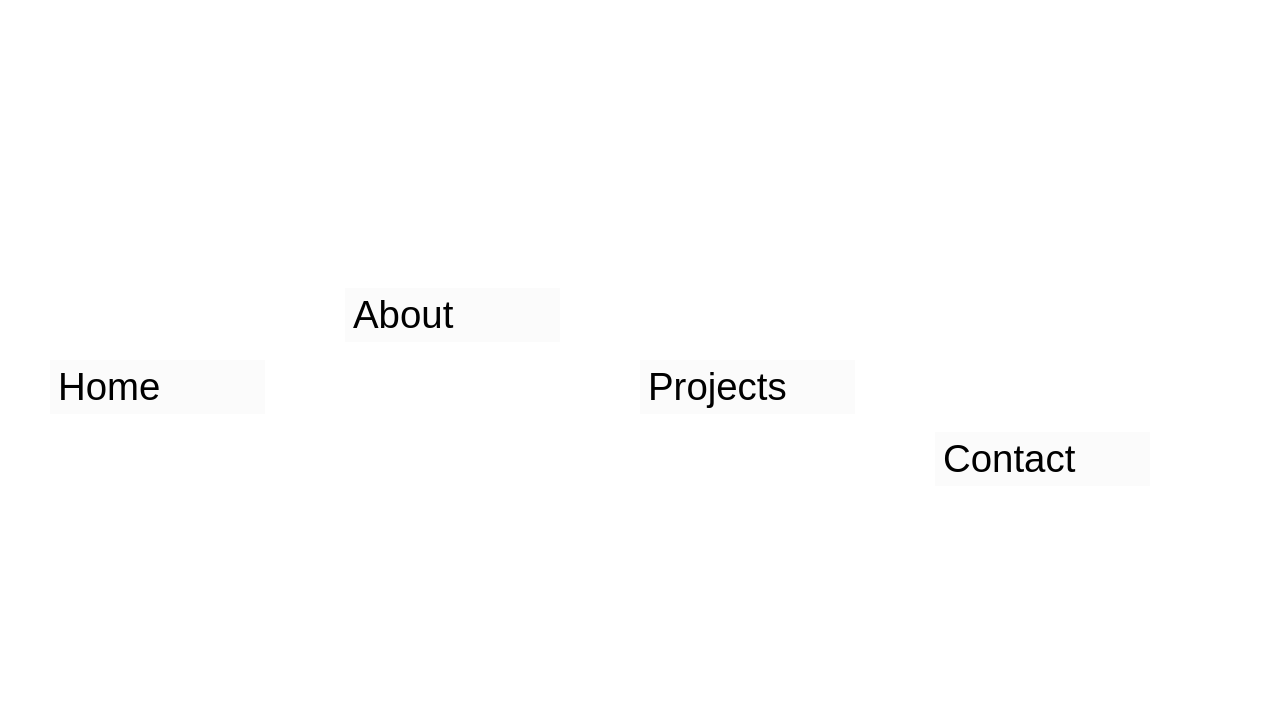
Repository: chashoff/portfolio-winner
Page: / (app in reactjs/)
These files come from the project's save history. The page is drawn as it stood at one moment and after the next save; the edit follows.
The browser window is 1280 px wide. The pictures show the whole page.
The project was rebuilt for these pictures with package versions that can differ from the ones it lists, and the page was loaded fresh each time.

Above is the page before, as saved 2020-05-19 15:53:53.

After the next save:
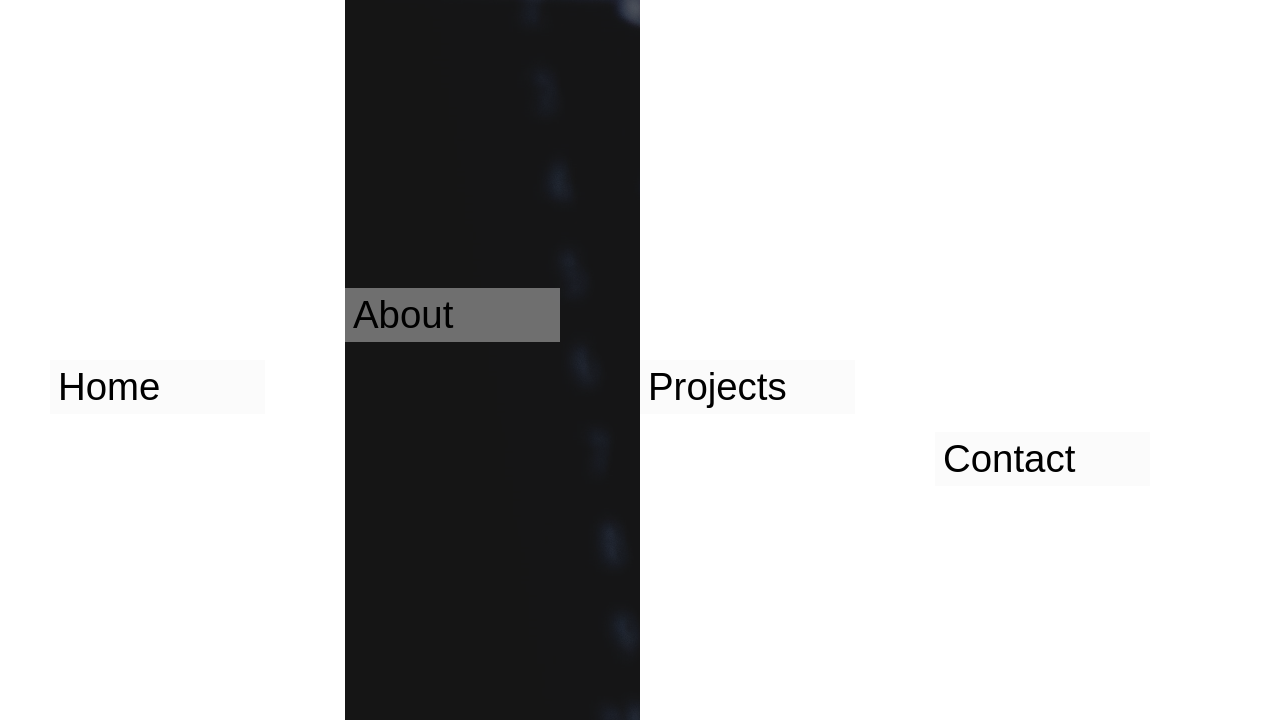
Saved 7 s later.
--- a/reactjs/src/styles/Home.css
+++ b/reactjs/src/styles/Home.css
@@ -17,7 +17,7 @@
     transform: scale(1.1);
 }
 .bg-column-about {
-    background-image: url();
+    background-image: url('/images/background.png');
 }
 .container-home {
     position: absolute;
